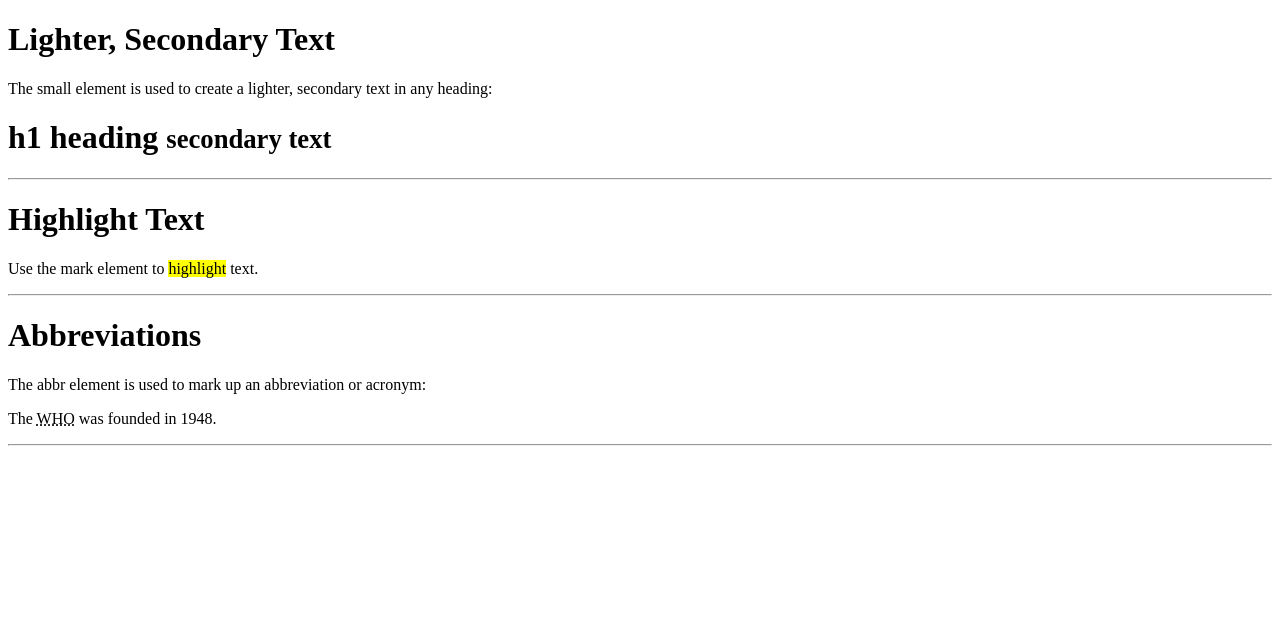
Repository: Sonalitanika/Assigment_IT17048842
Page: Lab09/WebContent/index.html
These files come from the project's save history. The page is drawn as it stood at one moment and after the next save; the edit follows.
The browser window is 1280 px wide. The pictures show the whole page.

Above is the page before, as saved 2019-05-25 14:08:50.

After the next save:
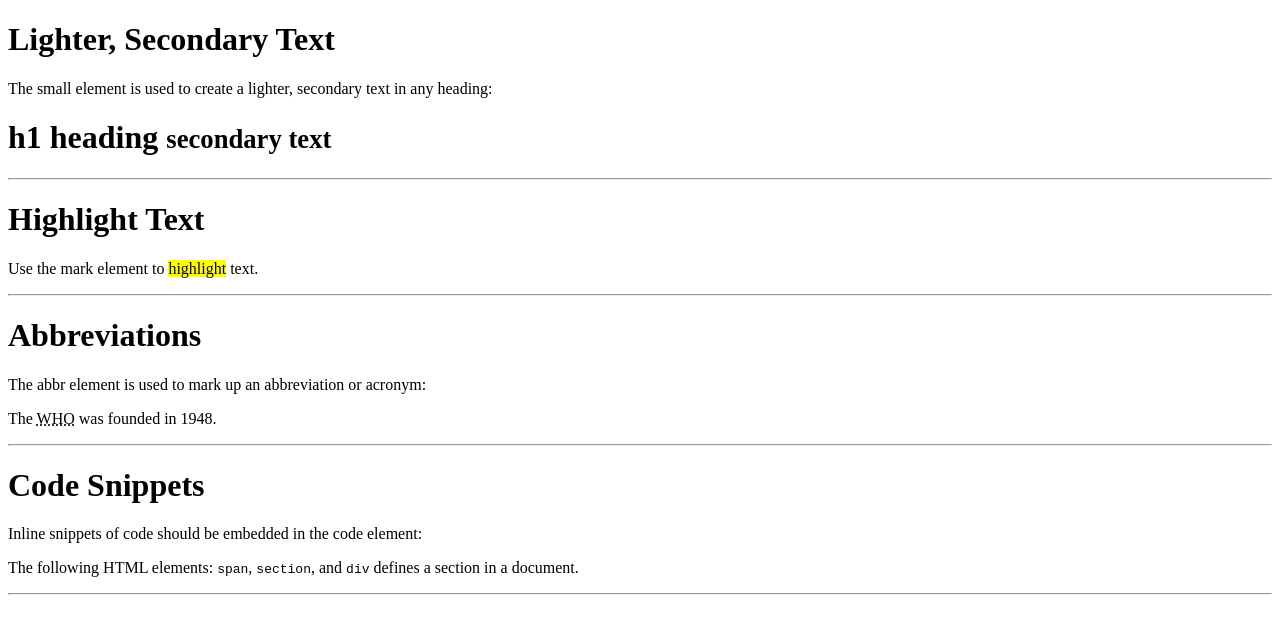
Saved 2 min 47 s later.
--- a/Lab09/WebContent/index.html
+++ b/Lab09/WebContent/index.html
@@ -28,5 +28,14 @@ abbreviation or acronym:</p>
 Organization">WHO</abbr> was founded in
 1948.</p> </div>
 <hr>
+
+<div class="row">
+<h1>Code Snippets</h1>
+ <p>Inline snippets of code should be embedded in
+the code element:</p>
+ <p>The following HTML elements:
+<code>span</code>, <code>section</code>, and
+<code>div</code> defines a section in
+a document.</p> </div> <hr>
 </body>
 </html>
